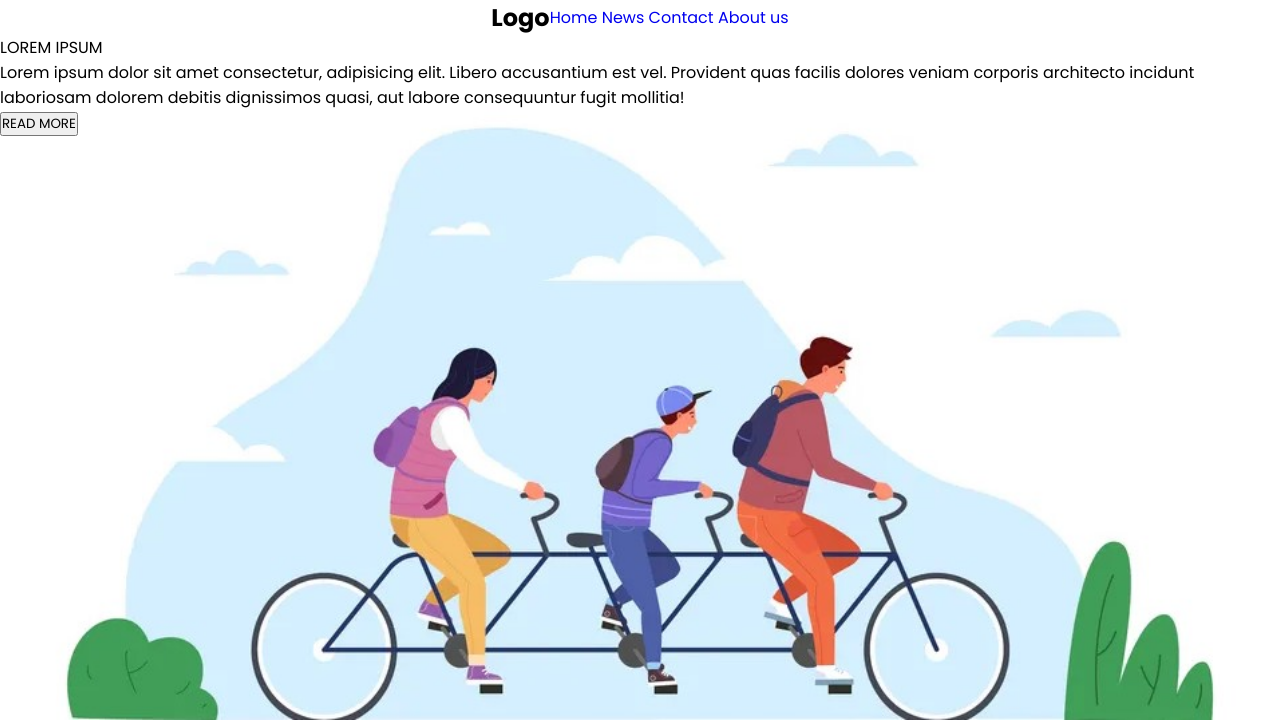
Repository: nganha241/1806
Page: index.html
The author's editor kept a copy of each file at every save. The page is drawn from the files as they stood at one save, then again after the next save.
The browser window is 1280 px wide. The pictures show the whole page.

Above is the page before, as saved 2022-06-18 15:42:46.

After the next save:
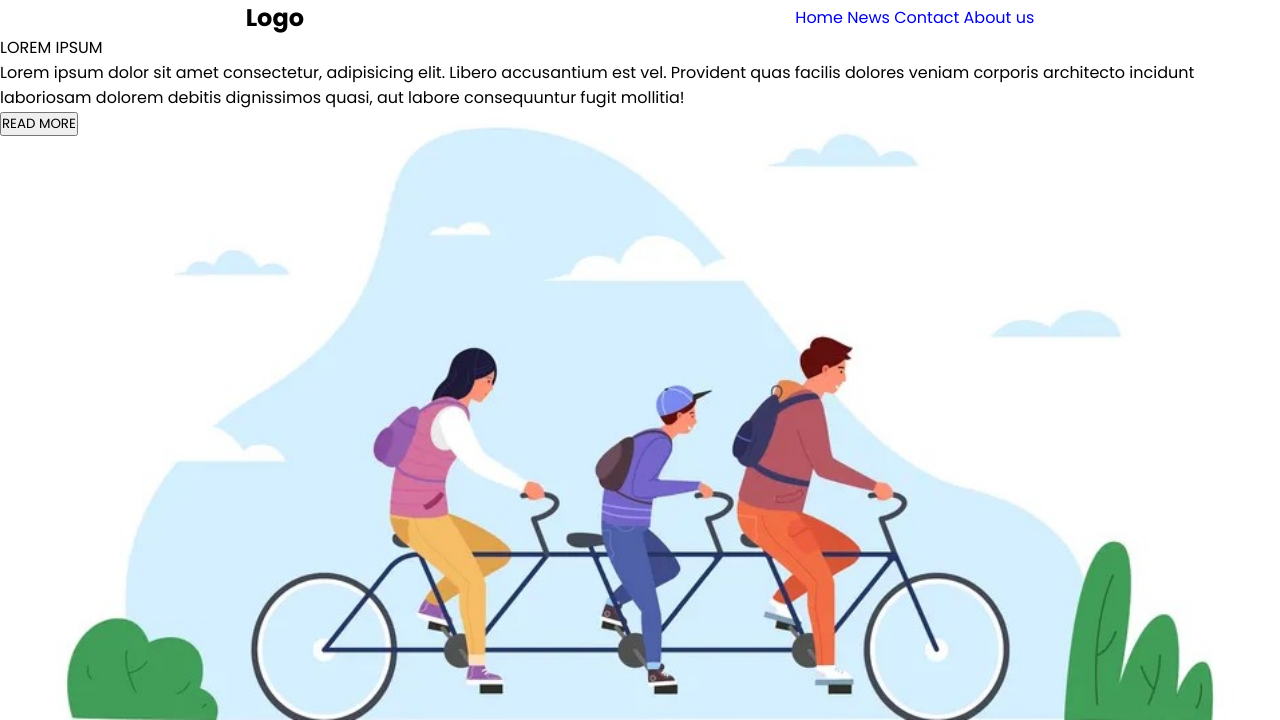
Saved 8 s later.
--- a/style.css
+++ b/style.css
@@ -28,7 +28,7 @@ section header {
     width: 100%;
     /* margin: 30px 100px; */
     display: flex;
-    justify-content: center;
+    justify-content: space-around;
     align-items: center;
 }
 /*
